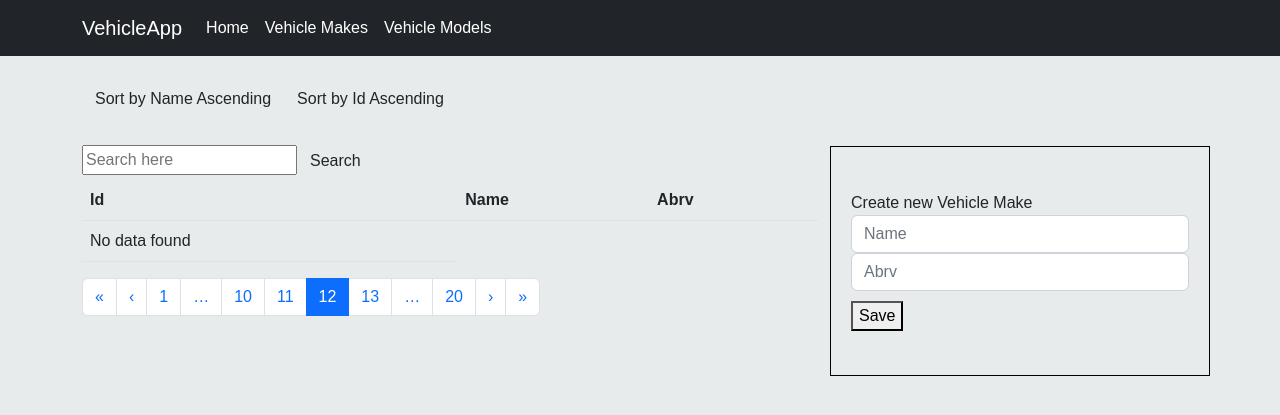
Repository: magdalenarajic/VehicleFrontend
Page: /Makes
These files come from the project's save history. The page is drawn as it stood at one moment and after the next save; the edit follows.
The browser window is 1280 px wide. The pictures show the whole page.
The page's requests for data from a server got no answer. The project was rebuilt for these pictures with package versions that can differ from the ones it lists, and the page was loaded fresh each time. No one was signed in, and anything a server would have sent is missing. Also part of the build but not shown: src/components/Home.js, src/services/modelService.js, src/stores/modelStore.js, src/components/VehicleModel.js.

Above is the page before, as saved 2023-03-10 19:53:16.

After the next save:
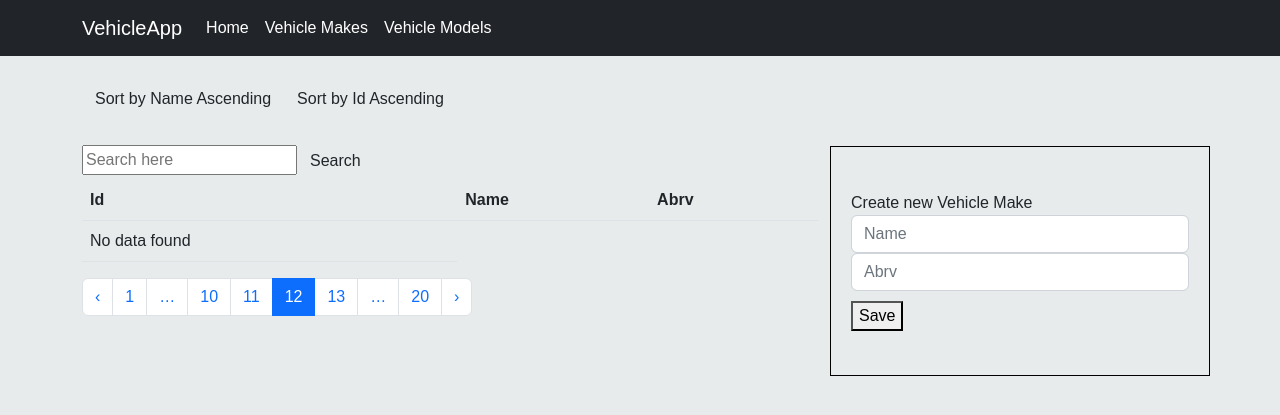
Saved 45 s later.
--- a/src/components/VehicleMake.js
+++ b/src/components/VehicleMake.js
@@ -158,7 +158,6 @@ const MakeList = () => {
                   </tbody>
                 </Table>
                 <Pagination>
-      <Pagination.First />
       <Pagination.Prev />
       <Pagination.Item>{1}</Pagination.Item>
       <Pagination.Ellipsis />
@@ -171,7 +170,6 @@ const MakeList = () => {
       <Pagination.Ellipsis />
       <Pagination.Item>{20}</Pagination.Item>
       <Pagination.Next />
-      <Pagination.Last />
     </Pagination>
               </Col>
               <Col
